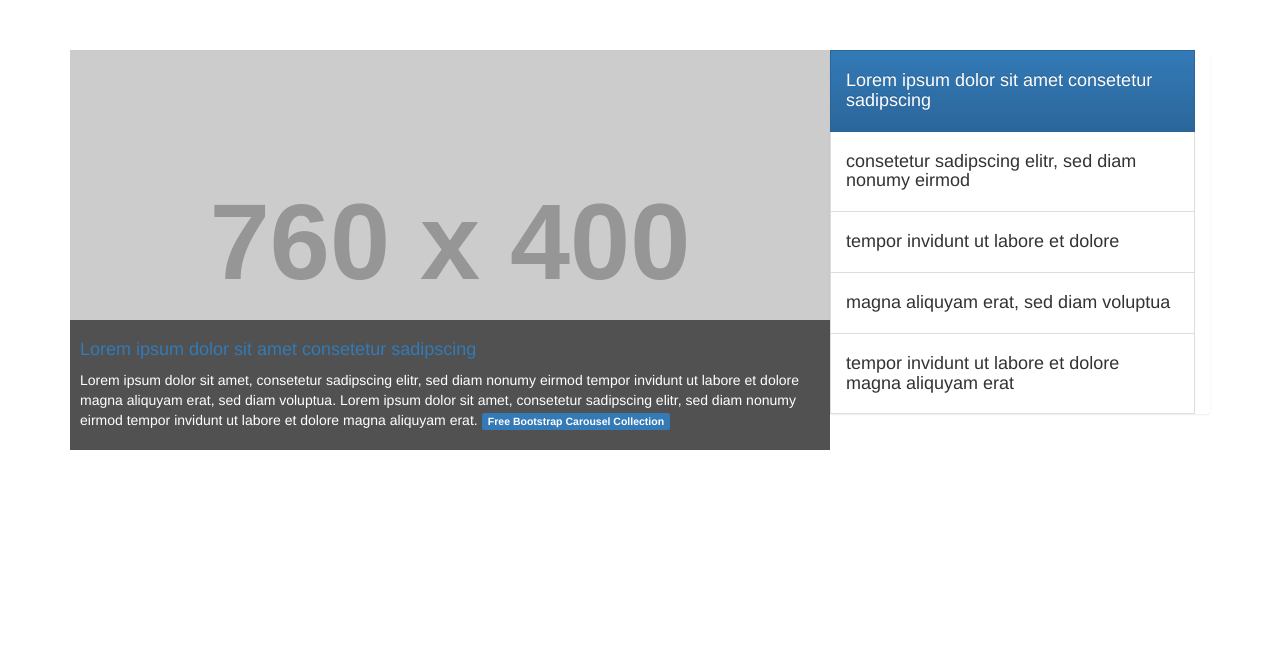
Repository: mrahulbisht/Wheelskart-Project
Page: http://localhost/WheelskartFrontEnd/WEB-INF/views/Corousel.jsp
These files come from the project's save history. The page is drawn as it stood at one moment and after the next save; the edit follows.
The browser window is 1280 px wide. The pictures show the whole page.
Some web libraries are served in a nearby version. The page is served by Tomcat 9. Nobody is signed in. Other server files are loaded and not shown. The template is opened directly, without the code that normally fills it, so the values that code supplies are empty.

Above is the page before, as saved 2017-04-22 08:55:44.
Console error: ReferenceError: $ is not defined

### project/WheelskartFrontEnd/src/main/webapp/WEB-INF/views/Corousel.jsp
<%@ page language="java" contentType="text/html; charset=ISO-8859-1"
    pageEncoding="ISO-8859-1"%>
<!DOCTYPE html PUBLIC "-//W3C//DTD HTML 4.01 Transitional//EN" "http://www.w3.org/TR/html4/loose.dtd">
<html>
<head>
<meta http-equiv="Content-Type" content="text/html; charset=ISO-8859-1">
<title>Insert title here</title>
<link rel="stylesheet" href="https://maxcdn.bootstrapcdn.com/bootstrap/3.3.7/css/bootstrap.min.css" integrity="sha384-BVYiiSIFeK1dGmJRAkycuHAHRg32OmUcww7on3RYdg4Va+PmSTsz/K68vbdEjh4u" crossorigin="anonymous">
  <meta name="viewport" content="width=device-width, initial-scale=1">
<!-- Optional theme -->
<link rel="stylesheet" href="https://maxcdn.bootstrapcdn.com/bootstrap/3.3.7/css/bootstrap-theme.min.css" integrity="sha384-rHyoN1iRsVXV4nD0JutlnGaslCJuC7uwjduW9SVrLvRYooPp2bWYgmgJQIXwl/Sp" crossorigin="anonymous">
<link href="//maxcdn.bootstrapcdn.com/font-awesome/4.2.0/css/font-awesome.min.css" rel="stylesheet">
 <link href='http://fonts.googleapis.com/css?family=Open+Sans' rel='stylesheet'  type='text/css'>
 <script>
 var boxheight = $('.carousel-inner').height();
	var itemlength = $('.item').length;
	var triggerheight = Math.round(boxheight/itemlength+1);
	$('.list-group-item').height(triggerheight);

	var clickEvent = false;
	$('#myCarousel').carousel({
		interval:   4000
	}).on('click', '.list-group li', function() {
			clickEvent = true;
			$('.list-group li').removeClass('active');
			$(this).addClass('active');
	}).on('slid.bs.carousel', function(e) {
		if(!clickEvent) {
			var count = $('.list-group').children().length -1;
			var current = $('.list-group li.active');
			current.removeClass('active').next().addClass('active');
			var id = parseInt(current.data('slide-to'));
			if(count == id) {
				$('.list-group li').first().addClass('active');
			}
		}
		clickEvent = false;
	});

 </script>
<style>
body { padding-top: 50px; }
/*#####################
Additional Styles (required)
#####################*/
#myCarousel .carousel-caption {
    left:0;
	right:0;
	bottom:0;
	text-align:left;
	padding:10px;
	background:rgba(0,0,0,0.6);
	text-shadow:none;
}

#myCarousel .list-group {
	position:absolute;
	top:0;
	right:0;
}
#myCarousel .list-group-item {
	border-radius:0px;
	cursor:pointer;
}
#myCarousel .list-group .active {
	background-color:#eee;
}

@media (min-width: 992px) {
	#myCarousel {padding-right:33.3333%;}
	#myCarousel .carousel-controls {display:none;}
}
@media (max-width: 991px) {
	.carousel-caption p,
	#myCarousel .list-group {display:none;}
}
</style>
</head>
<body>
<link href="//netdna.bootstrapcdn.com/font-awesome/4.0.3/css/font-awesome.min.css" rel="stylesheet">
<div class="container">
    <div id="myCarousel" class="carousel slide" data-ride="carousel">

      <!-- Wrapper for slides -->
      <div class="carousel-inner">

        <div class="item active">
          <img src="http://placehold.it/760x400/cccccc/ffffff">
           <div class="carousel-caption">
            <h4><a href="#">Lorem ipsum dolor sit amet consetetur sadipscing</a></h4>
            <p>Lorem ipsum dolor sit amet, consetetur sadipscing elitr, sed diam nonumy eirmod tempor invidunt ut labore et dolore magna aliquyam erat, sed diam voluptua. Lorem ipsum dolor sit amet, consetetur sadipscing elitr, sed diam nonumy eirmod tempor invidunt ut labore et dolore magna aliquyam erat. <a class="label label-primary" href="http://sevenx.de/demo/bootstrap-carousel/" target="_blank">Free Bootstrap Carousel Collection</a></p>
          </div>
        </div><!-- End Item -->

         <div class="item">
          <img src="http://placehold.it/760x400/999999/cccccc">
           <div class="carousel-caption">
            <h4><a href="#">consetetur sadipscing elitr, sed diam nonumy eirmod</a></h4>
            <p>Lorem ipsum dolor sit amet, consetetur sadipscing elitr, sed diam nonumy eirmod tempor invidunt ut labore et dolore magna aliquyam erat, sed diam voluptua. Lorem ipsum dolor sit amet, consetetur sadipscing elitr, sed diam nonumy eirmod tempor invidunt ut labore et dolore magna aliquyam erat. <a class="label label-primary" href="http://sevenx.de/demo/bootstrap-carousel/" target="_blank">Free Bootstrap Carousel Collection</a></p>
          </div>
        </div><!-- End Item -->

        <div class="item">
          <img src=""src/main/webapp/WEB-INF/views/bf2b62c46d04fadf9a061eb48cb35878.jpg">
           <div class="carousel-caption">
            <h4><a href="#">tempor invidunt ut labore et dolore</a></h4>
            <p>Lorem ipsum dolor sit amet, consetetur sadipscing elitr, sed diam nonumy eirmod tempor invidunt ut labore et dolore magna aliquyam erat, sed diam voluptua. Lorem ipsum dolor sit amet, consetetur sadipscing elitr, sed diam nonumy eirmod tempor invidunt ut labore et dolore magna aliquyam erat. <a class="label label-primary" href="http://sevenx.de/demo/bootstrap-carousel/" target="_blank">Free Bootstrap Carousel Collection</a></p>
          </div>
        </div><!-- End Item -->

        <div class="item">
          <img src="http://placehold.it/760x400/999999/cccccc">
           <div class="carousel-caption">
            <h4><a href="#">magna aliquyam erat, sed diam voluptua</a></h4>
            <p>Lorem ipsum dolor sit amet, consetetur sadipscing elitr, sed diam nonumy eirmod tempor invidunt ut labore et dolore magna aliquyam erat, sed diam voluptua. Lorem ipsum dolor sit amet, consetetur sadipscing elitr, sed diam nonumy eirmod tempor invidunt ut labore et dolore magna aliquyam erat. <a class="label label-primary" href="http://sevenx.de/demo/bootstrap-carousel/" target="_blank">Free Bootstrap Carousel Collection</a></p>
          </div>
        </div><!-- End Item -->

        <div class="item">
          <img src="http://placehold.it/760x400/dddddd/333333">
           <div class="carousel-caption">
            <h4><a href="#">tempor invidunt ut labore et dolore magna aliquyam erat</a></h4>
            <p>Lorem ipsum dolor sit amet, consetetur sadipscing elitr, sed diam nonumy eirmod tempor invidunt ut labore et dolore magna aliquyam erat, sed diam voluptua. Lorem ipsum dolor sit amet, consetetur sadipscing elitr, sed diam nonumy eirmod tempor invidunt ut labore et dolore magna aliquyam erat. <a class="label label-primary" href="http://sevenx.de/demo/bootstrap-carousel/" target="_blank">Free Bootstrap Carousel Collection</a></p>
          </div>
        </div><!-- End Item -->

      </div><!-- End Carousel Inner -->


    <ul class="list-group col-sm-4">
      <li data-target="#myCarousel" data-slide-to="0" class="list-group-item active"><h4>Lorem ipsum dolor sit amet consetetur sadipscing</h4></li>
      <li data-target="#myCarousel" data-slide-to="1" class="list-group-item"><h4>consetetur sadipscing elitr, sed diam nonumy eirmod</h4></li>
      <li data-target="#myCarousel" data-slide-to="2" class="list-group-item"><h4>tempor invidunt ut labore et dolore</h4></li>
      <li data-target="#myCarousel" data-slide-to="3" class="list-group-item"><h4>magna aliquyam erat, sed diam voluptua</h4></li>
      <li data-target="#myCarousel" data-slide-to="4" class="list-group-item"><h4>tempor invidunt ut labore et dolore magna aliquyam erat</h4></li>
    </ul>

      <!-- Controls -->
      <div class="carousel-controls">
          <a class="left carousel-control" href="#myCarousel" data-slide="prev">
            <span class="glyphicon glyphicon-chevron-left"></span>
          </a>
          <a class="right carousel-control" href="#myCarousel" data-slide="next">
            <span class="glyphicon glyphicon-chevron-right"></span>
          </a>
      </div>

    </div><!-- End Carousel -->
</div>
</body>
</html>

After the next save:
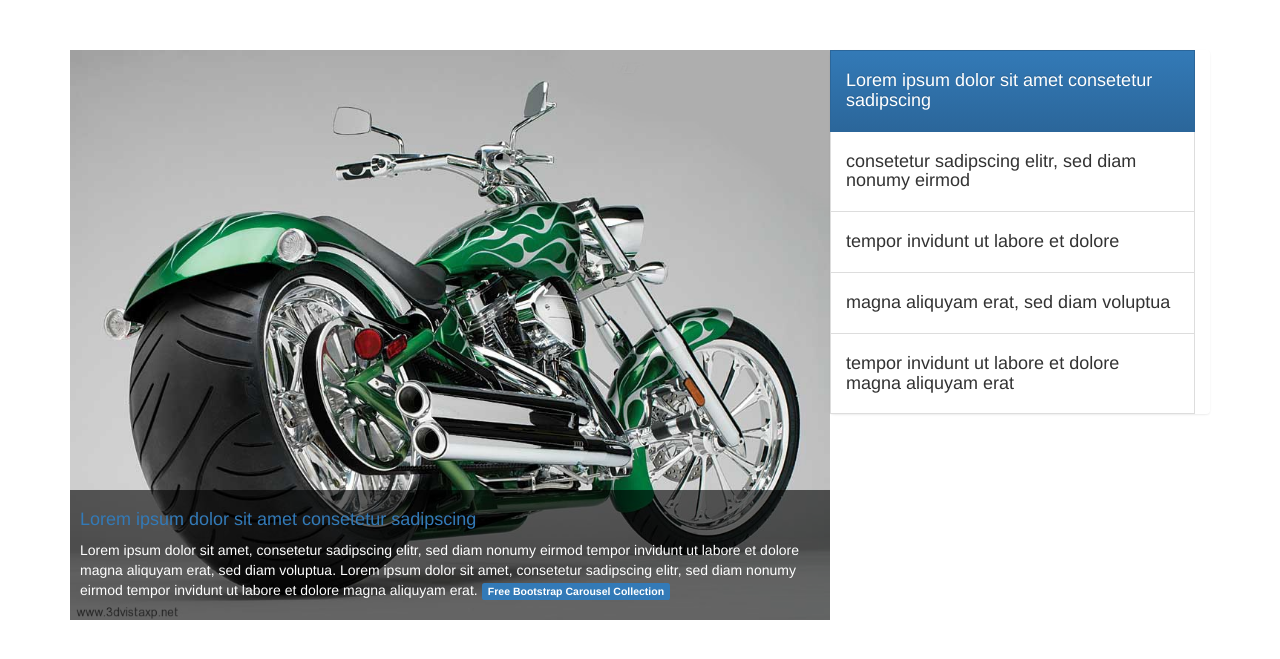
Saved 5 min 36 s later.
--- a/project/WheelskartFrontEnd/src/main/webapp/WEB-INF/views/Corousel.jsp
+++ b/project/WheelskartFrontEnd/src/main/webapp/WEB-INF/views/Corousel.jsp
@@ -85,7 +85,7 @@ Additional Styles (required)
       <div class="carousel-inner">
 
         <div class="item active">
-          <img src="http://placehold.it/760x400/cccccc/ffffff">
+          <img src="src/main/webapp/WEB-INF/views/e08ed49f43740e8f7c43c2059b25b19f.jpg">
            <div class="carousel-caption">
             <h4><a href="#">Lorem ipsum dolor sit amet consetetur sadipscing</a></h4>
             <p>Lorem ipsum dolor sit amet, consetetur sadipscing elitr, sed diam nonumy eirmod tempor invidunt ut labore et dolore magna aliquyam erat, sed diam voluptua. Lorem ipsum dolor sit amet, consetetur sadipscing elitr, sed diam nonumy eirmod tempor invidunt ut labore et dolore magna aliquyam erat. <a class="label label-primary" href="http://sevenx.de/demo/bootstrap-carousel/" target="_blank">Free Bootstrap Carousel Collection</a></p>
@@ -93,7 +93,7 @@ Additional Styles (required)
         </div><!-- End Item -->
 
          <div class="item">
-          <img src="http://placehold.it/760x400/999999/cccccc">
+          <img src="src/main/webapp/WEB-INF/views/super-bikes.jpg">
            <div class="carousel-caption">
             <h4><a href="#">consetetur sadipscing elitr, sed diam nonumy eirmod</a></h4>
             <p>Lorem ipsum dolor sit amet, consetetur sadipscing elitr, sed diam nonumy eirmod tempor invidunt ut labore et dolore magna aliquyam erat, sed diam voluptua. Lorem ipsum dolor sit amet, consetetur sadipscing elitr, sed diam nonumy eirmod tempor invidunt ut labore et dolore magna aliquyam erat. <a class="label label-primary" href="http://sevenx.de/demo/bootstrap-carousel/" target="_blank">Free Bootstrap Carousel Collection</a></p>
@@ -109,7 +109,7 @@ Additional Styles (required)
         </div><!-- End Item -->
 
         <div class="item">
-          <img src="http://placehold.it/760x400/999999/cccccc">
+          <img src="src/main/webapp/WEB-INF/views/honda-bikes-54a.jpg">
            <div class="carousel-caption">
             <h4><a href="#">magna aliquyam erat, sed diam voluptua</a></h4>
             <p>Lorem ipsum dolor sit amet, consetetur sadipscing elitr, sed diam nonumy eirmod tempor invidunt ut labore et dolore magna aliquyam erat, sed diam voluptua. Lorem ipsum dolor sit amet, consetetur sadipscing elitr, sed diam nonumy eirmod tempor invidunt ut labore et dolore magna aliquyam erat. <a class="label label-primary" href="http://sevenx.de/demo/bootstrap-carousel/" target="_blank">Free Bootstrap Carousel Collection</a></p>
@@ -117,7 +117,7 @@ Additional Styles (required)
         </div><!-- End Item -->
 
         <div class="item">
-          <img src="http://placehold.it/760x400/dddddd/333333">
+          <img src="src/main/webapp/WEB-INF/views/cool-bikes-17.jpg">
            <div class="carousel-caption">
             <h4><a href="#">tempor invidunt ut labore et dolore magna aliquyam erat</a></h4>
             <p>Lorem ipsum dolor sit amet, consetetur sadipscing elitr, sed diam nonumy eirmod tempor invidunt ut labore et dolore magna aliquyam erat, sed diam voluptua. Lorem ipsum dolor sit amet, consetetur sadipscing elitr, sed diam nonumy eirmod tempor invidunt ut labore et dolore magna aliquyam erat. <a class="label label-primary" href="http://sevenx.de/demo/bootstrap-carousel/" target="_blank">Free Bootstrap Carousel Collection</a></p>
